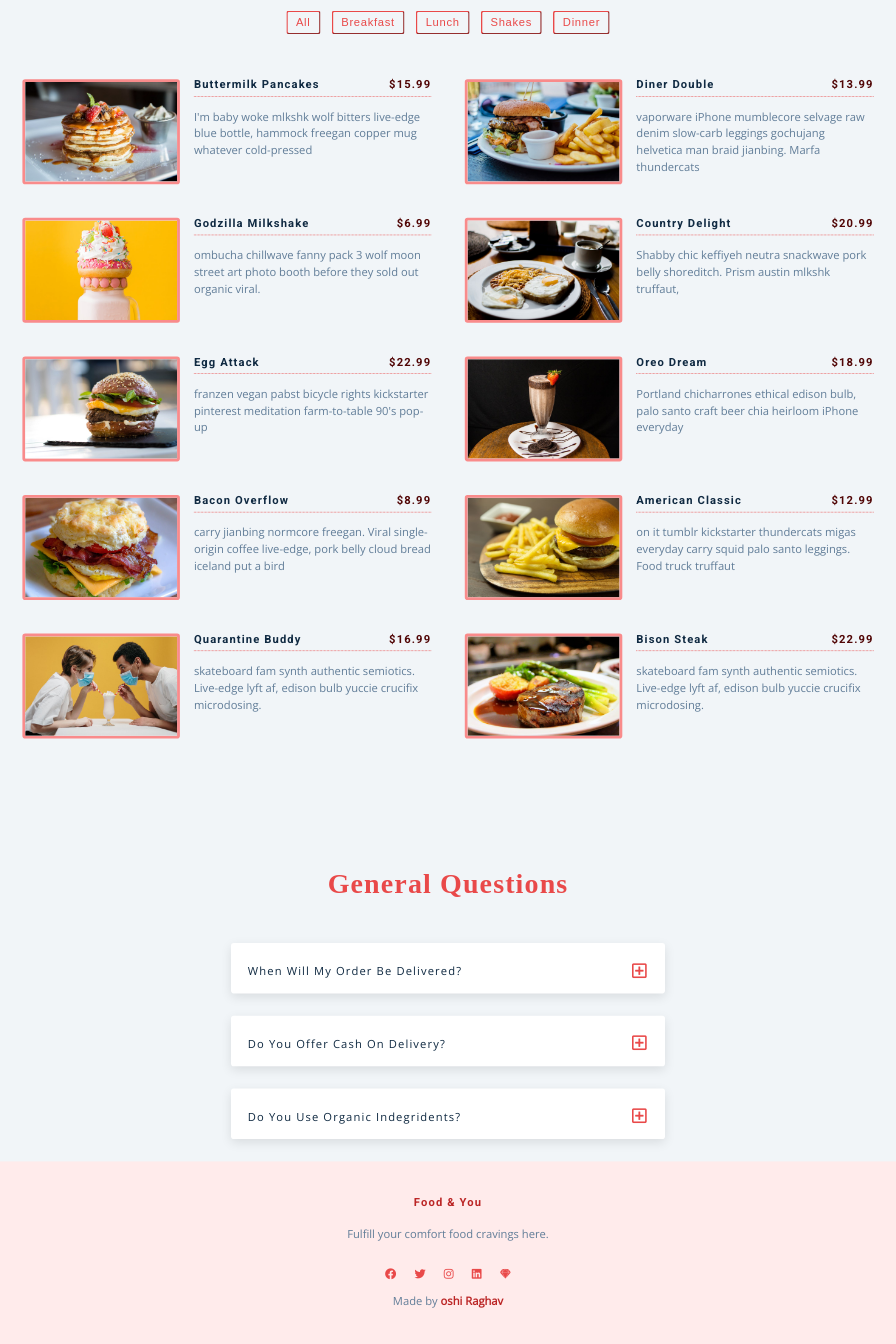
Repository: xoshiraghavx/Food-you
Page: index.html
The author's editor kept a copy of each file at every save. The page is drawn from the files as they stood at one save, then again after the next save.
The browser window is 1280 px wide. The pictures show the part of the page from y = 1013 to 2933 px (the page is 2933 px tall), at 70% of full size.
Some web libraries are served in a nearby version.

Above is the page before, as saved 2022-12-03 08:55:08.

### index.html
<!DOCTYPE html>
<html lang="en">
  <head>
    <meta charset="UTF-8" />
    <meta name="viewport" content="width=device-width, initial-scale=1.0" />
    <title>interior design</title>
    <!-- font-awesome -->
    <link
      rel="stylesheet"
      href="https://cdnjs.cloudflare.com/ajax/libs/font-awesome/5.14.0/css/all.min.css"
    />

    <!-- styles -->
    <link rel="stylesheet" href="styles.css" />
  </head>
  <body>
<nav>
  <div class="nav-center">
    <div class="nav-header">
      <div class="logo-div">
      <img src="./img/logo.png" alt="logo" class="logo">
      <div class="logo-name">
      <p><span id="color"><b>FOOD </b><br><i>& you</i></span></p>
    </div>
    </div>
      <button class="nav-toggle">
        <i class="fas fa-bars"></i>
      </button>
    </div>
    <!-- links -->
    <ul class="links">

      <li>
        <a href="index.html">home</a>
      </li>
      <li>
        <a href="about.html">about</a>
      </li>
      <li>
        <a href="contact.html">contact</a>
      </li>
    </ul>
    <!-- social media -->
    <ul class="social-icons">
      <li>
        <a href="https://www.facebook.com">
          <i class="fab fa-facebook"></i>
        </a>
      </li>
      <li>
        <a href="https://www.twitter.com">
          <i class="fab fa-twitter"></i>
        </a>
      </li>
      <li>
        <a href="https://www.instagram.com">
          <i class="fab fa-instagram"></i>
        </a>
      </li>
      <li>
        <a href="https://www.linkedin.com">
          <i class="fab fa-linkedin"></i>
        </a>
      </li>
      <li>
        <a href="https://www.twitter.com">
          <i class="fab fa-sketch"></i>
        </a>
      </li>
    </ul>
  </div>
</nav>
<header class="hero">
  <div class="banner">
    <h2>Looking for some food!</h2>
    <button class="btn modal-btn">Order Now</button>
  </div>
</header>
<div class="modal-overlay">
  <div class="modal-container">
    <br>
    <h3>Title</h3>
    <p>Lorem ipsum dolor sit amet consectetur adipisicing elit. Illo deleniti eum mollitia distinctio! Nesciunt dolor minima animi esse officia! Recusandae? Lorem ipsum dolor sit amet consectetur, adipisicing elit. Aspernatur, hic.</p>
    <button class="close-btn">
      <i class="fas fa-times"> </i>
    </button>
  </div>
</div>
<section class="menu">
  <div class="title">
    <h2>Our Menu</h2>
    <div class="underline"></div>
  </div>
  <div class="btn-container">
    <!-- <button class="filter-btn" type="button" data-id="all">all</button>
    <button class="filter-btn" type="button"data-id="breakfast">breakfast</button>
    <button class="filter-btn" type="button" data-id="lunch">lunch</button>
    <button class="filter-btn" type="button" data-id="shakes">shakes</button> -->
  </div>
    <div class="section-center">
      <!-- <article class="menu-item">
        <img src="./menu-item.jpeg" class="photo" alt="menu item">
        <div class="item-info">
          <header>
            <h4>buttermilk pancakes</h4>
            <h4 class="price">Rs 600/-</h4>
          </header>
          <p class="item-text">Lorem ipsum, dolor sit amet consectetur adipisicing elit. Dolore totam aliquid ut eius architecto magni cumque explicabo voluptate, repudiandae harum.</p>
        </div>
      </article> -->
    </div>
</section>
<section class="questions">
  <div class="title">
    <h2>general questions</h2>
  </div>
  <div class="question-center">
    <article class="question">
      <div class="question-title">
      <p>When will my order be delivered?</p>
      <button type="button" class="question-btn">
        <span class="plus-icon">
      <i class="far fa-plus-square"></i>
        </span>

        <span class="minus-icon">
      <i class="far fa-minus-square"></i>
        </span>

      </button>
    </div>
    <div class="question-text">
      <p>Estimated delivery are given against each products. While sincere efforts are being made to deliver the products within the given time frame factors like, availability, festive seasons, courier delays are bound to happen. These factors are constantly monitored to keep any inordinate delays under control.</p>
    </div>
    </article>
    <article class="question">
      <div class="question-title">
      <p>Do you offer Cash on Delivery?</p>
      <button type="button" class="question-btn">
        <span class="plus-icon">
      <i class="far fa-plus-square"></i>
        </span>

        <span class="minus-icon">
      <i class="far fa-minus-square"></i>
        </span>

      </button>
    </div>
    <div class="question-text">
      <p>Yes. We offer Cash on Delivery which most of the other websites don't offer.</p>
    </div>
    </article>
    <article class="question">
      <div class="question-title">
      <p>do you use organic indegridents?</p>
      <button type="button" class="question-btn">
        <span class="plus-icon">
      <i class="far fa-plus-square"></i>
        </span>

        <span class="minus-icon">
      <i class="far fa-minus-square"></i>
        </span>

      </button>
    </div>
    <div class="question-text">
      <p>We deliver the products that are fresh and systems are kept in place to source the best products and safely consign them to you. We don't stock the products but place once we receive orders.</p>
    </div>
    </article>
  </div>
</section>
<!-- --------footer--------- -->
<section class="footer">
  <h4 id="color">Food & you</h4>
  <p>Fulfill your comfort food cravings here.</p>
  <ul class="icons">
    <li>
      <a href="https://www.facebook.com">
        <i class="fab fa-facebook"></i>
      </a>
    </li>
    <li>
      <a href="https://www.twitter.com">
        <i class="fab fa-twitter"></i>
      </a>
    </li>
    <li>
      <a href="https://www.instagram.com">
        <i class="fab fa-instagram"></i>
      </a>
    </li>
    <li>
      <a href="https://www.linkedin.com">
        <i class="fab fa-linkedin"></i>
      </a>
    </li>
    <li>
      <a href="https://www.twitter.com">
        <i class="fab fa-sketch"></i>
      </a>
    </li>
  </ul>
  <p>Made by <b id="color">oshi Raghav</b></p>
</section>
<!-- javascript -->
    <script src="app.js"></script>
  </body>
</html>

### styles.css
/*
===============
Fonts
===============
*/
@import url('https://fonts.googleapis.com/css?family=Open+Sans|Roboto:400,700&display=swap');

/*
===============
Variables
===============
*/

:root {
  /* dark shades of primary color*/
  --clr-primary-1: hsl(0, 86%, 17%);
  --clr-primary-2: hsl(0, 77%, 27%);
  --clr-primary-3: hsl(0, 72%, 37%);
  --clr-primary-4: hsl(0, 63%, 48%);
  /* primary/main color */
  --clr-primary-5: hsl(0, 78%, 60%);
  /* lighter shades of primary color */
  --clr-primary-6: hsl(0, 90%, 70%);
  --clr-primary-7: hsl(0, 90%, 76%);
  --clr-primary-8: hsl(0, 86%, 81%);
  --clr-primary-9: hsl(0, 90%, 88%);
  --clr-primary-10: hsl(0, 100%, 96%);
  /* darkest grey - used for headings */
  --clr-grey-1: hsl(209, 61%, 16%);
  --clr-grey-2: hsl(211, 39%, 23%);
  --clr-grey-3: hsl(209, 34%, 30%);
  --clr-grey-4: hsl(209, 28%, 39%);
  /* grey used for paragraphs */
  --clr-grey-5: hsl(210, 22%, 49%);
  --clr-grey-6: hsl(209, 23%, 60%);
  --clr-grey-7: hsl(211, 27%, 70%);
  --clr-grey-8: hsl(210, 31%, 80%);
  --clr-grey-9: hsl(212, 33%, 89%);
  --clr-grey-10: hsl(210, 36%, 96%);
  --clr-white: #fff;
  --clr-red-dark: hsl(360, 67%, 44%);
  --clr-red-light: hsl(360, 71%, 66%);
  --clr-green-dark: hsl(125, 67%, 44%);
  --clr-green-light: hsl(125, 71%, 66%);
  --clr-black: #222;
  --ff-primary: 'Roboto', sans-serif;
  --ff-secondary: 'Open Sans', sans-serif;
  --transition: all 0.3s linear;
  --spacing: 0.1rem;
  --radius: 0.25rem;
  --light-shadow: 0 5px 15px rgba(0, 0, 0, 0.1);
  --dark-shadow: 0 5px 15px rgba(0, 0, 0, 0.2);
  --max-width: 1170px;
  --fixed-width: 620px;
}
/*
===============
Global Styles
===============
*/

*,
::after,
::before {
  margin: 0;
  padding: 0;
  box-sizing: border-box;
}
body {
  font-family: var(--ff-secondary);
  background: var(--clr-grey-10);
  color: var(--clr-grey-1);
  line-height: 1.5;
  font-size: 0.875rem;
}
ul {
  list-style-type: none;
}
a {
  text-decoration: none;
}
img:not(.logo) {
  width: 100%;
}
img {
  display: block;
}
h1,
h2,
h3,
h4 {
  letter-spacing: var(--spacing);
  text-transform: capitalize;
  line-height: 1.25;
  margin-bottom: 0.75rem;
  font-family: var(--ff-primary);
}
h1 {
  font-size: 3rem;
}
h2 {
  font-size: 2rem;
}
h3 {
  font-size: 1.25rem;
}
h4 {
  font-size: 0.875rem;
}
p {
  margin-bottom: 1.25rem;
  color: var(--clr-grey-5);
}
@media screen and (min-width: 800px) {
  h1 {
    font-size: 4rem;
  }
  h2 {
    font-size: 2.5rem;
  }
  h3 {
    font-size: 1.75rem;
  }
  h4 {
    font-size: 1rem;
  }
  body {
    font-size: 1rem;
  }
  h1,
  h2,
  h3,
  h4 {
    line-height: 1;
  }
}
/*  global classes */
.btn {
  text-transform: uppercase;
  background: transparent;
  color: var(--clr-black);
  padding: 0.375rem 0.75rem;
  letter-spacing: var(--spacing);
  display: inline-block;
  transition: var(--transition);
  font-size: 0.875rem;
  border: 2px solid var(--clr-black);
  cursor: pointer;
  box-shadow: 0 1px 3px rgba(0, 0, 0, 0.2);
  border-radius: var(--radius);
}
.btn:hover {
  color: var(--clr-white);
  background: var(--clr-black);
}
/* section */
.section {
  padding: 5rem 0;
}


@media screen and (min-width: 992px) {
  .section-center .question-center {
    width: 95vw;
  }
}
main {
  min-height: 100vh;
  display: grid;
  place-items: center;
}

/*
===============
Navbar
===============
*/
nav {
  background: var(--clr-white);
  box-shadow: var(--light-shadow);
  position: fixed;
  width: 100%;
}
.nav-header {
  display: flex;
  align-items: center;
  justify-content: space-between;
  padding: 1rem;
}
.nav-toggle {
  font-size: 1.5rem;
  color: var(--clr-primary-5);
  background: transparent;
  border-color: transparent;
  transition: var(--transition);
  cursor: pointer;
}
.nav-toggle:hover {
  color: var(--clr-primary-1);
  transform: rotate(90deg);
}
.logo-div{
  display: flex;
}
.logo {
  height: 90px;
  width: 90px;
}
.logo-name{
  margin-top: 20px;
}
#color{
  color: var(--clr-red-dark);

}
.links a {
  color: var(--clr-grey-3);
  font-size: 1rem;
  text-transform: capitalize;
  letter-spacing: var(--spacing);
  display: block;
  padding: 0.5rem 1rem;
  transition: var(--transition);
}
.links a:hover {
  background: var(--clr-primary-8);
  color: var(--clr-primary-5);
  padding-left: 1.5rem;
}
.social-icons {
  display: none;
}
.links {
  height: 0;
  overflow: hidden;
  transition: var(--transition);
}
.show-links {
  height: 10rem;
}
@media screen and (min-width: 800px) {
  .nav-center {
    max-width: 1170px;
    margin: 0 auto;
    display: flex;
    align-items: center;
    justify-content: space-between;
    padding: 1rem;
  }
  .nav-header {
    padding: 0;
  }
  .nav-toggle {
    display: none;
  }
  .links {
    height: auto;
    display: flex;
  }
  .links a {
    padding: 0;
    margin: 0 0.5rem;
  }
  .links a:hover {
    padding: 0;
    background: transparent;
  }

  .social-icons {
    display: flex;
  }
  .social-icons a {
    margin: 0 0.5rem;
    color: var(--clr-primary-4);
    transition: var(--transition);
  }
  .social-icons a:hover {
    color: var(--clr-primary-7);
  }
}
/* modal css  */
.hero {
  height: 100vh;
  background: linear-gradient(rgba(4, 9, 30, 0.421),rgba(4, 9, 30, 0.421)),url("https://discovertemplate.com/wp-content/uploads/2020/11/DT_G62_Food-drink-Animated-GIF-Icon-Pack.gif") center/cover no-repeat;
  display: grid;
  place-items: center;
}
.banner {
  background: var(--clr-white);
  padding: 4rem 0;
  border-radius: var(--radius);
  box-shadow: var(--light-shadow);
  text-align: center;
  width: 90vw;
  max-width: var(--fixed-width);
}
.modal-btn {
  margin-top: 2rem;
  background: var(--clr-primary-5);
  border-color: var(--clr-primary-5);
  color: var(--clr-white);
}
.modal-btn:hover {
  background: transparent;
  color: var(--clr-primary-5);
}
.modal-overlay {
  position: fixed;
  top: 0;
  left: 0;
  width: 100%;
  height: 100%;
  background: hsla(209, 61%, 16%, 0.77);
  display: grid;
  place-items: center;
  transition: var(--transition);
  visibility: hidden;
  z-index: -10;
}
/* OPEN/CLOSE MODAL */
.open-modal {
  visibility: visible;
  z-index: 10;
}
.modal-container {
  background: var(--clr-white);
  border-radius: var(--radius);
  width: 90vw;
  height: 30vh;
  max-width: var(--fixed-width);
  text-align: center;
  display: grid;
  place-items: center;
  position: relative;
}
.close-btn {
  position: absolute;
  top: 1rem;
  right: 1rem;
  font-size: 2rem;
  background: transparent;
  border-color: transparent;
  color: var(--clr-red-dark);
  cursor: pointer;
  transition: var(--transition);
}
.close-btn:hover {
  color: var(--clr-red-light);
  transform: scale(1.3);
}
/* menu css */

.menu {
  padding: 5rem 0;
}
.title {
  text-align: center;
  margin-bottom: 2rem;
}
.underline {
  width: 5rem;
  height: 0.25rem;
  background: var(--clr-primary-8);
  margin-left: auto;
  margin-right: auto;
}
.btn-container {
  margin-bottom: 4rem;
  display: flex;
  justify-content: center;
}
.filter-btn {
  background: transparent;
  border-color: var(--clr-primary-5);
  font-size: 1rem;
  text-transform: capitalize;
  margin: 0 0.5rem;
  letter-spacing: 1px;
  border-radius: var(--radius);
  padding: 0.375rem 0.75rem;
  color: var(--clr-primary-5);
  cursor: pointer;
  transition: var(--transition);
}
.filter-btn:hover {
  background: var(--clr-primary-5);
  color: var(--clr-white);
}
.section-center .question-center{
  width: 90vw;
  max-width: 1170px;
}
.section-center{
  display: grid;
  margin: 0 auto;
  gap: 3rem 3rem;
  justify-items: center;
}
.menu-item {
  display: grid;
  gap: 1rem 2rem;
  max-width: 25rem;
}
.photo {
  object-fit: cover;
  height: 200px;
  border: 0.25rem solid var(--clr-primary-7);
  border-radius: var(--radius);
}
.item-info header {
  display: flex;
  justify-content: space-between;
  border-bottom: 0.5px dotted var(--clr-primary-5);
}
.item-info h4 {
  margin-bottom: 0.5rem;
}
.price {
  color: var(--clr-primary-1);
}
.item-text {
  margin-bottom: 0;
  padding-top: 1rem;
}

@media screen and (min-width: 768px) {
  .menu-item {
    grid-template-columns: 225px 1fr;
    gap: 0 1.25rem;
    max-width: 40rem;
  }
  .photo {
    height: 175px;
  }
}
@media screen and (min-width: 1200px) {
  .section-center {
    width: 95vw;
    grid-template-columns: 1fr 1fr;
  }
  .photo {
    height: 150px;
  }
}

/*
===============
Questions
===============
*/
.title {
  margin-top: 15vh;
  margin-bottom: 4rem;
}
.title h2 {
  color: var(--clr-primary-5);
  font-family: "Great Vibes", cursive;
  text-align: center;
}
.question-center {
  max-width: var(--fixed-width);
  margin: 0 auto;
}
.question {
  background: var(--clr-white);
  border-radius: var(--radius);
  box-shadow: var(--light-shadow);
  padding: 1.5rem 1.5rem 0 1.5rem;
  margin-bottom: 2rem;
}
.question-title {
  display: flex;
  justify-content: space-between;
  align-items: center;
  text-transform: capitalize;
  padding-bottom: 1rem;
}
.question-title p {
  margin-bottom: 0;
  letter-spacing: var(--spacing);
  color: var(--clr-grey-1);
}
.question-btn {
  font-size: 1.5rem;
  background: transparent;
  border-color: transparent;
  cursor: pointer;
  color: var(--clr-primary-5);
  transition: var(--transition);
}
.question-btn:hover {
  transform: rotate(90deg);
}
.question-text {
  padding: 1rem 0 1.5rem 0;
  border-top: 1px solid rgba(0, 0, 0, 0.2);
}
.question-text p {
  margin-bottom: 0;
}
/* hide text */
.question-text {
  display: none;
}
.show-text .question-text {
  display: block;
}
.minus-icon {
  display: none;
}
.show-text .minus-icon {
  display: inline;
}
.show-text .plus-icon {
  display: none;
}
/* ---------footer----------- */
.footer{
  width: 100%;
  text-align: center;
  padding: 30px 0;
  background: var(--clr-primary-10);
}
.footer h4{
  margin-bottom: 25px;
  margin-top: 20px;
  font-weight: 600;
}
.icons{
  display: flex;
  flex-direction: row;
  justify-content: center;
  align-items: center;
}
.icons .fab{
  color: var(--clr-primary-5);
  margin: 0 13px;
  cursor: pointer;
  padding: 18px 0;
}

### app.js
// // classList - shows/gets all classes
// // contains - checks classList for specific class
// // add - add class
// // remove - remove class
// // toggle - toggles class

const navToggle = document.querySelector(".nav-toggle");
const links = document.querySelector(".links");

navToggle.addEventListener('click', () =>{
    links.classList.toggle("show-links")
})


// // modal js

const modalBtn = document.querySelector(".modal-btn");
const modal      = document.querySelector(".modal-overlay");
const closeBtn = document.querySelector(".close-btn");

modalBtn.addEventListener('click',() =>{
    modal.classList.add('open-modal');
})
closeBtn.addEventListener('click',() =>{
    modal.classList.remove('open-modal');
})
//menu
const menu = [
    {
      id: 1,
      title: "buttermilk pancakes",
      category: "breakfast",
      price: 15.99,
      img: "./img/item-1.jpeg",
      desc: `I'm baby woke mlkshk wolf bitters live-edge blue bottle, hammock freegan copper mug whatever cold-pressed `,
    },
    {
      id: 2,
      title: "diner double",
      category: "lunch",
      price: 13.99,
      img: "./img/item-2.jpeg",
      desc: `vaporware iPhone mumblecore selvage raw denim slow-carb leggings gochujang helvetica man braid jianbing. Marfa thundercats `,
    },
    {
      id: 3,
      title: "godzilla milkshake",
      category: "shakes",
      price: 6.99,
      img: "./img/item-3.jpeg",
      desc: `ombucha chillwave fanny pack 3 wolf moon street art photo booth before they sold out organic viral.`,
    },
    {
      id: 4,
      title: "country delight",
      category: "breakfast",
      price: 20.99,
      img: "./img/item-4.jpeg",
      desc: `Shabby chic keffiyeh neutra snackwave pork belly shoreditch. Prism austin mlkshk truffaut, `,
    },
    {
      id: 5,
      title: "egg attack",
      category: "lunch",
      price: 22.99,
      img: "./img/item-5.jpeg",
      desc: `franzen vegan pabst bicycle rights kickstarter pinterest meditation farm-to-table 90's pop-up `,
    },
    {
      id: 6,
      title: "oreo dream",
      category: "shakes",
      price: 18.99,
      img: "./img/item-6.jpeg",
      desc: `Portland chicharrones ethical edison bulb, palo santo craft beer chia heirloom iPhone everyday`,
    },
    {
      id: 7,
      title: "bacon overflow",
      category: "breakfast",
      price: 8.99,
      img: "./img/item-7.jpeg",
      desc: `carry jianbing normcore freegan. Viral single-origin coffee live-edge, pork belly cloud bread iceland put a bird `,
    },
    {
      id: 8,
      title: "american classic",
      category: "lunch",
      price: 12.99,
      img: "./img/item-8.jpeg",
      desc: `on it tumblr kickstarter thundercats migas everyday carry squid palo santo leggings. Food truck truffaut  `,
    },
    {
      id: 9,
      title: "quarantine buddy",
      category: "shakes",
      price: 16.99,
      img: "./img/item-9.jpeg",
      desc: `skateboard fam synth authentic semiotics. Live-edge lyft af, edison bulb yuccie crucifix microdosing.`,
    },
    {
      id: 10,
      title: "bison steak",
      category: "dinner",
      price: 22.99,
      img: "./img/item-10.jpeg",
      desc: `skateboard fam synth authentic semiotics. Live-edge lyft af, edison bulb yuccie crucifix microdosing.`,
    },
  ];
  // get parent element
  const sectionCenter = document.querySelector(".section-center");
  const btnContainer = document.querySelector(".btn-container");
  // display all items when page loads
  window.addEventListener("DOMContentLoaded", function () {
    diplayMenuItems(menu);
    displayMenuButtons();
  });

  function diplayMenuItems(menuItems) {
    let displayMenu = menuItems.map(function (item) {
      // console.log(item);

      return `<article class="menu-item">
            <img src=${item.img} alt=${item.title} class="photo" />
            <div class="item-info">
              <header>
                <h4>${item.title}</h4>
                <h4 class="price">$${item.price}</h4>
              </header>
              <p class="item-text">
                ${item.desc}
              </p>
            </div>
          </article>`;
    });
    displayMenu = displayMenu.join("");
    // console.log(displayMenu);

    sectionCenter.innerHTML = displayMenu;
  }
  function displayMenuButtons() {
    const categories = menu.reduce(
      function (values, item) {
        if (!values.includes(item.category)) {
          values.push(item.category);
        }
        return values;
      },
      ["all"]
    );
    const categoryBtns = categories
      .map(function (category) {
        return `<button type="button" class="filter-btn" data-id=${category}>
            ${category}
          </button>`;
      })
      .join("");

    btnContainer.innerHTML = categoryBtns;
    const filterBtns = btnContainer.querySelectorAll(".filter-btn");
    // console.log(filterBtns);

    filterBtns.forEach(function (btn) {
      btn.addEventListener("click", function (e) {
        // console.log(e.currentTarget.dataset);
        const category = e.currentTarget.dataset.id;
        const menuCategory = menu.filter(function (menuItem) {
          // console.log(menuItem.category);
          if (menuItem.category === category) {
            return menuItem;
          }
        });
        if (category === "all") {
          diplayMenuItems(menu);
        } else {
          diplayMenuItems(menuCategory);
        }
      });
    });
  }




// //questions css

const btns = document.querySelectorAll(".question-btn");

btns.forEach(function (btn) {
    btn.addEventListener('click', function (e) {
        const question =( e.currentTarget.parentElement.parentElement);
        question.classList.toggle("show-text");
    });
});

After the next save:
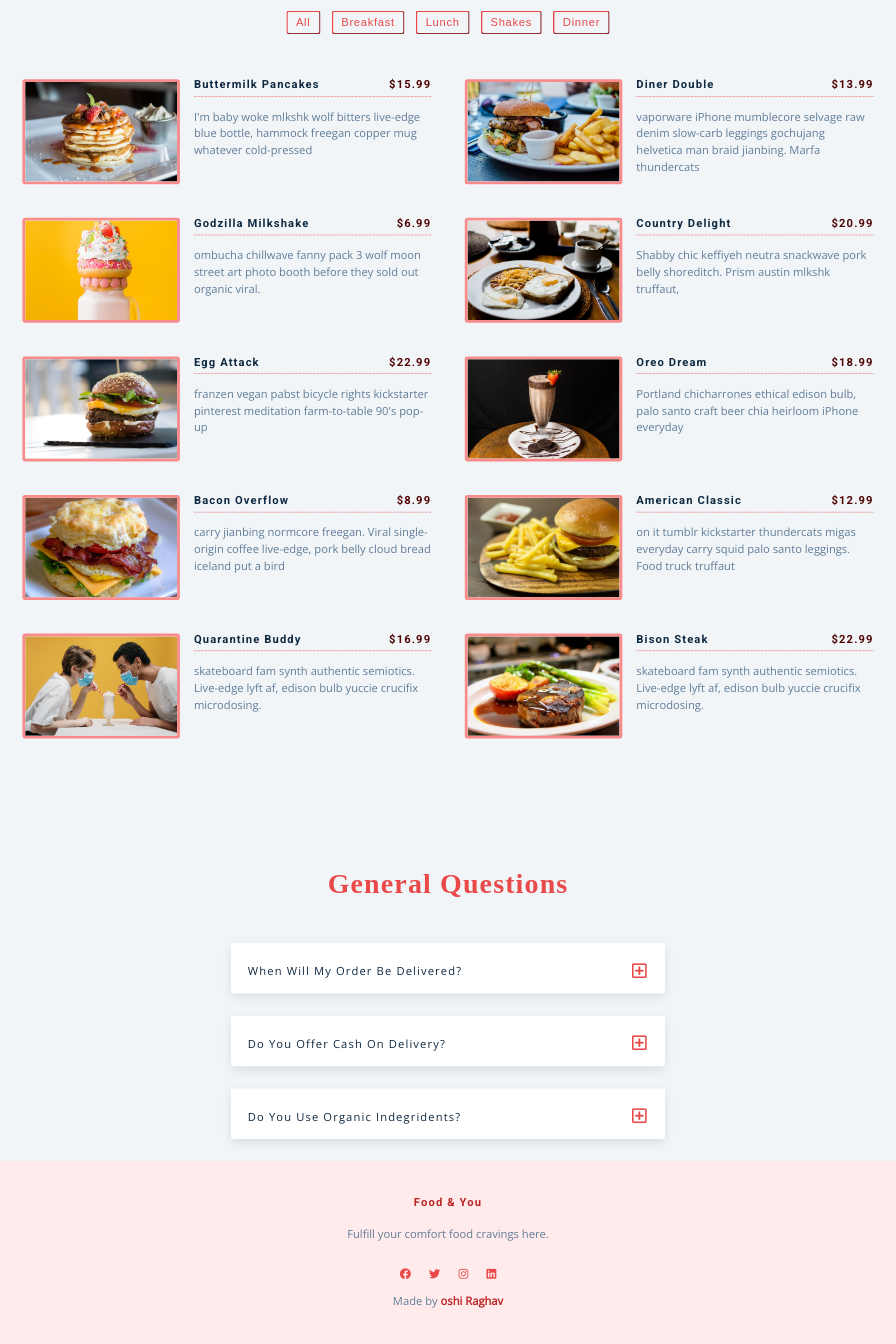
Saved 29 s later.
--- a/index.html
+++ b/index.html
@@ -196,11 +196,6 @@
         <i class="fab fa-linkedin"></i>
       </a>
     </li>
-    <li>
-      <a href="https://www.twitter.com">
-        <i class="fab fa-sketch"></i>
-      </a>
-    </li>
   </ul>
   <p>Made by <b id="color">oshi Raghav</b></p>
 </section>
